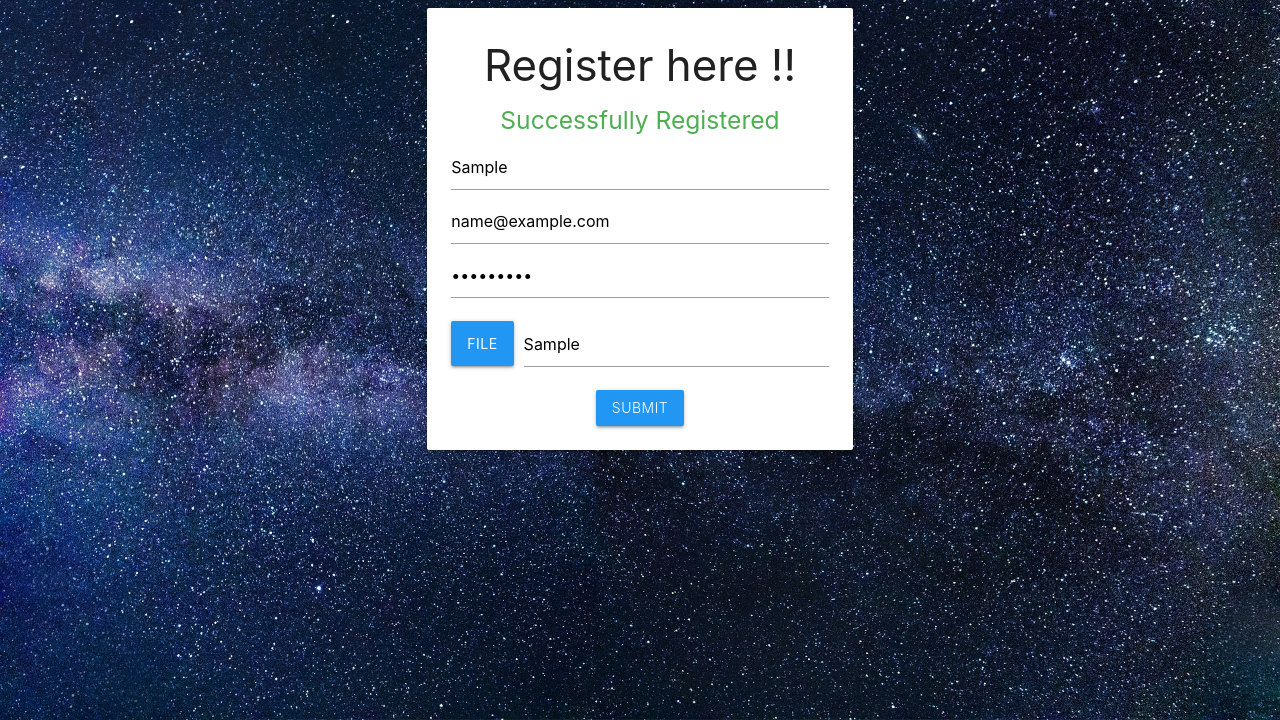
Repository: Ravi9619/springcore
Page: http://localhost/Ravi_Registration_Module_Practice/signup.jsp
These files come from the project's save history. The page is drawn as it stood at one moment and after the next save; the edit follows.
The browser window is 1280 px wide. The pictures show the whole page.
Empty fields were first filled with sample values (such as "Sample", 5 or name@example.com).
After loading, the first visible `#myform` was submitted once.
The page is served by Tomcat 9. Other server files are loaded and not shown.

Above is the page before, as saved 2023-02-26 11:11:17.

### Ravi Registration Module Practice/src/main/webapp/signup.jsp
<%@ page language="java" contentType="text/html; charset=ISO-8859-1"
	pageEncoding="ISO-8859-1"%>
<!DOCTYPE html>
<html>
<head>
<meta charset="ISO-8859-1">
<title>Registration Page</title>
<!-- Compiled and minified CSS -->
<link rel="stylesheet"
	href="https://cdnjs.cloudflare.com/ajax/libs/materialize/1.0.0/css/materialize.min.css">

<!-- Compiled and minified JavaScript -->
<script
	src="https://cdnjs.cloudflare.com/ajax/libs/materialize/1.0.0/js/materialize.min.js"></script>
</head>
<body
	style="background: url(img/Registration.jpg); background-size: cover; background-attachment: fixed;">
	<div class="container">
		<div class="row">
			<div class="col m6 offset-m3">
				<div class="card">
					<div class="card-content">
						<h3 style="margin-top: 10px;" class="center-align">Register
							here !!</h3>
						<h5 id="msg" class="center-align"></h5>
						<div class="form center-align">
							<!-- //creating form -->

							<form action="Register" method="post" id="myform">
								<input type="text" name="user_name"
									placeholder="Enter user name">
								<input type="email" name="user_email"
									placeholder="Enter user email">
								<input type="password"
									name="user_password" placeholder="Enter user password">

								<div class="file-field input-field">
									<div class="btn blue">
										<span>File</span> <input name="image" type="file">
									</div>
									<div class="file-path-wrapper">
										<input class="file-path validate" type="text">
									</div>
								</div>

								<button type="submit" class="btn light blue accent 3">Submit</button>
							</form>

						</div>

						<div class="loader center-align"
							style="margin-top: 10px; display: none;">
							<div class="preloader-wrapper big active">
								<div class="spinner-layer spinner-blue">
									<div class="circle-clipper left">
										<div class="circle"></div>
									</div>
									<div class="gap-patch">
										<div class="circle"></div>
									</div>
									<div class="circle-clipper right">
										<div class="circle"></div>
									</div>
								</div>

								<div class="spinner-layer spinner-red">
									<div class="circle-clipper left">
										<div class="circle"></div>
									</div>
									<div class="gap-patch">
										<div class="circle"></div>
									</div>
									<div class="circle-clipper right">
										<div class="circle"></div>
									</div>
								</div>

								<div class="spinner-layer spinner-yellow">
									<div class="circle-clipper left">
										<div class="circle"></div>
									</div>
									<div class="gap-patch">
										<div class="circle"></div>
									</div>
									<div class="circle-clipper right">
										<div class="circle"></div>
									</div>
								</div>

								<div class="spinner-layer spinner-green">
									<div class="circle-clipper left">
										<div class="circle"></div>
									</div>
									<div class="gap-patch">
										<div class="circle"></div>
									</div>
									<div class="circle-clipper right">
										<div class="circle"></div>
									</div>
								</div>
							</div>
							<h5>Please wait...</h5>
						</div>
					</div>
				</div>
			</div>
		</div>
	</div>

	<!-- jQuery cdn -->
	<script src="https://code.jquery.com/jquery-3.6.3.js"
		integrity="sha256-nQLuAZGRRcILA+6dMBOvcRh5Pe310sBpanc6+QBmyVM="
		crossorigin="anonymous"></script>

	<script>

	$(document).ready(function() {
		console.log("Page loaded...");

		$('#myform').on('submit',function(event) {
			event.preventDefault();

			var f = $(this).serialize();
			console.log(f);

			$('.loader').show();
			$(".form").hide();

			$.ajax({
				url:'Register',
				data:f,
				type:'POST',
				success: function(data, textStatus, jqXHR) {
					console.log(data);
					console.log("success");
					$('.loader').hide();
					$(".form").show();

					if(data.trim()==='done') {
						$('#msg').html("Successfully Registered");
						$('#msg').addClass("green-text");
					}else {
						$('#msg').html("Something Went wrong on server");
						$('#msg').addClass("red-text");
					}
				},
				error: function (jqXHR, textStatus, errorThrown) {
					console.log(data);
					console.log("error");
					$('.loader').hide();
					$(".form").show();

					$('#msg').html("Something Went wrong on server");
					$('#msg').addClass("red-text");
				},

			})

		});
	});


	</script>
</body>
</html>

### Ravi Registration Module Practice/src/main/java/org/user/Register.java
package org.user;

import java.io.IOException;
import java.io.PrintWriter;
import java.sql.Connection;
import java.sql.DriverManager;
import java.sql.PreparedStatement;

import javax.servlet.ServletException;
import javax.servlet.annotation.WebServlet;
import javax.servlet.http.HttpServlet;
import javax.servlet.http.HttpServletRequest;
import javax.servlet.http.HttpServletResponse;
import javax.servlet.http.Part;

import com.mysql.cj.xdevapi.PreparableStatement;

/**
 * Servlet implementation class Register
 */
@WebServlet("/Register")
public class Register extends HttpServlet {
	private static final long serialVersionUID = 1L;

    /**
     * @see HttpServlet#HttpServlet()
     */
    public Register() {
        super();
        // TODO Auto-generated constructor stub
    }

	/**
	 * @see HttpServlet#doGet(HttpServletRequest request, HttpServletResponse response)
	 */
	protected void doGet(HttpServletRequest request, HttpServletResponse response) throws ServletException, IOException {
		// TODO Auto-generated method stub
		response.getWriter().append("Served at: ").append(request.getContextPath());
	}

	/**
	 * @see HttpServlet#doPost(HttpServletRequest request, HttpServletResponse response)
	 */
	protected void doPost(HttpServletRequest request, HttpServletResponse response) throws ServletException, IOException {
		PrintWriter out = response.getWriter();

		String name = request.getParameter("user_name");
		String email = request.getParameter("user_email");
		String password = request.getParameter("user_password");


		try {
			//Connection
			Thread.sleep(2000);

			Class.forName("com.mysql.cj.jdbc.Driver");

			Connection conn = DriverManager.getConnection("jdbc:mysql://localhost:3306/register","root","Ravi85423@");

			//query
			String query = "insert into user1(name,email,password) values(?,?,?)";

			PreparedStatement pstmt = conn.prepareStatement(query);

			pstmt.setString(1, name);
			pstmt.setString(2, email);
			pstmt.setString(3, password);


			pstmt.executeUpdate();

			out.println("done");
		} catch (Exception e) {
			// TODO: handle exception
			out.println("error");
		}

//		out.println(name);
//		out.println(email);
//		out.println(password);
	}

}

After the next save:
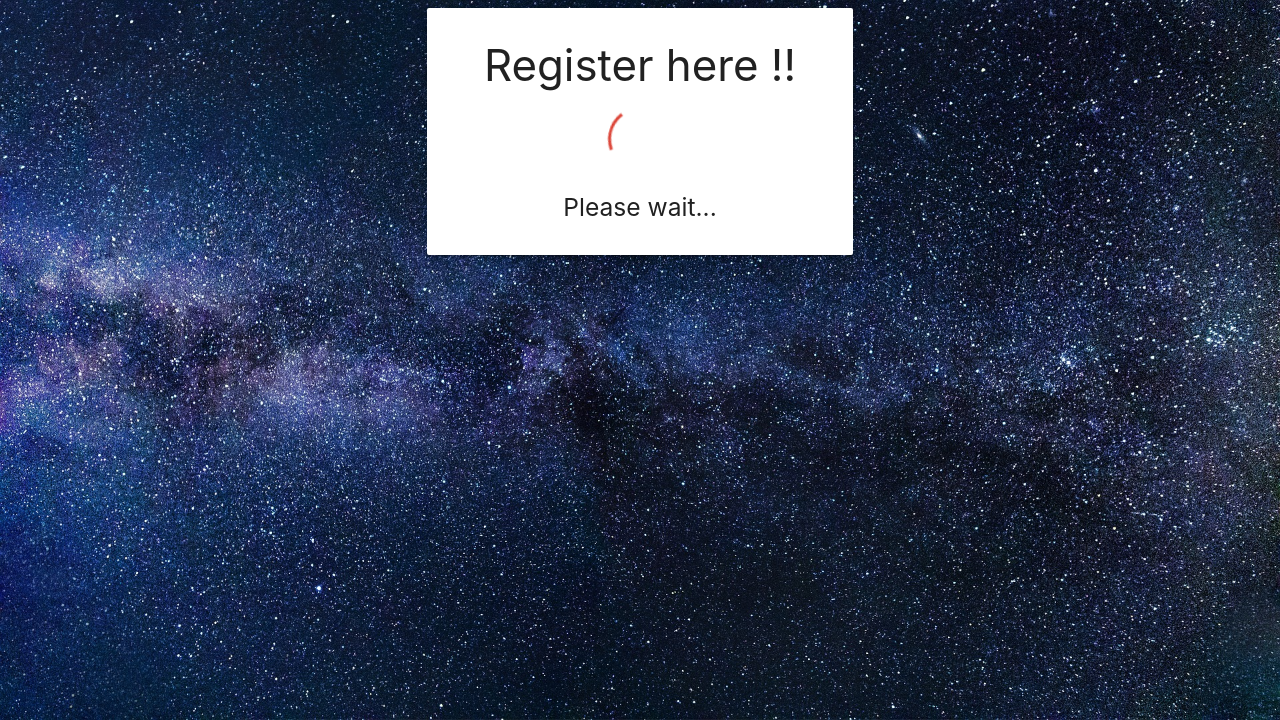
Console error (its wording comes from the project's code and is left out).
Saved 6 min 9 s later.
--- a/Ravi Registration Module Practice/src/main/webapp/signup.jsp
+++ b/Ravi Registration Module Practice/src/main/webapp/signup.jsp
@@ -120,8 +120,8 @@
 		$('#myform').on('submit',function(event) {
 			event.preventDefault();
 
-			var f = $(this).serialize();
-			console.log(f);
+			/* var f = $(this).serialize(); */
+			let f = new FormData(this);
 
 			$('.loader').show();
 			$(".form").hide();

After the save that followed:
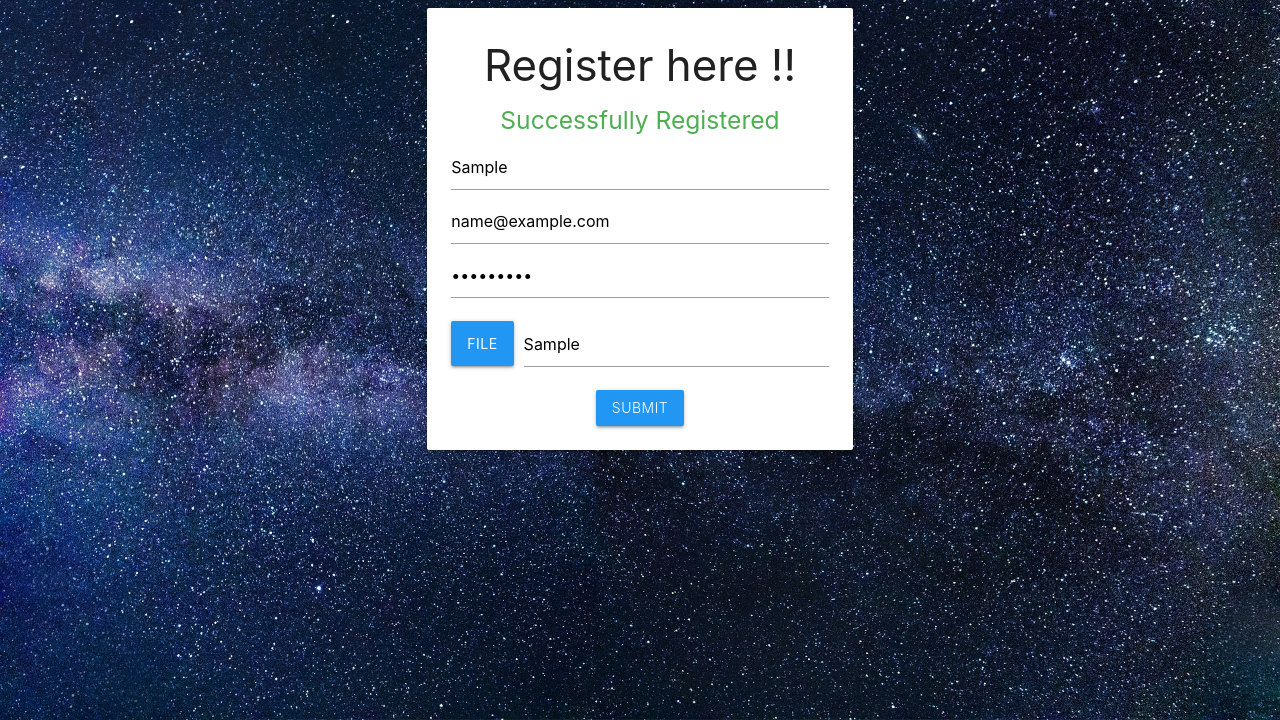
The error is gone.
Saved 63 s later.
--- a/Ravi Registration Module Practice/src/main/webapp/signup.jsp
+++ b/Ravi Registration Module Practice/src/main/webapp/signup.jsp
@@ -153,7 +153,8 @@
 					$('#msg').html("Something Went wrong on server");
 					$('#msg').addClass("red-text");
 				},
-
+				processData:false,
+				contentType: false
 			})
 
 		});
